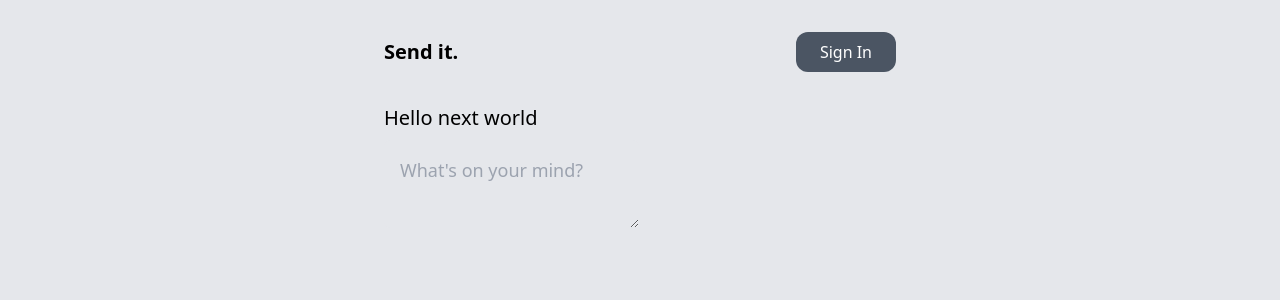
Repository: AMT98/SEND-IT
Page: /
These files come from the project's save history. The page is drawn as it stood at one moment and after the next save; the edit follows.
The browser window is 1280 px wide. The pictures show the whole page.
The page's requests for data from a server got no answer. The project was rebuilt for these pictures with package versions that can differ from the ones it lists, and the page was loaded fresh each time. The framework's server and built-in components were replaced by stand-ins that run in the browser. No one was signed in, and anything a server would have sent is missing. Also part of the build but not shown: next.config.js, app/auth/Logged.tsx.

Above is the page before, as saved 2023-02-14 17:00:02.

### app/layout.jsx
import Nav from "./auth/Nav";
import "./globals.css";
import { Roboto } from "@next/font/google";
const roboto = Roboto ({
  subsets: ["latin"],
  weight: ['400', "700"],
  variable: "--font-roboto"
})
export default function RootLayout({ children }) {
  return (
    <html lang="en">
      {/*
        <head /> will contain the components returned by the nearest parent
        head.tsx. Find out more at https://beta.nextjs.org/docs/api-reference/file-conventions/head
      */}
      <head />
      <body className={`mx-4 md:mx-48 xl:mx-96 ${roboto.variable} bg-gray-200`}>
        <Nav />
        {children}
      </body>
    </html>
  );
}

### app/page.tsx
"use client";
import AddPost from "./components/AddPost";

export default function Home() {
  return (
    <main>
      <h1 className="text-xl">Hello next world</h1>
      <AddPost />
    </main>
  );
}

### app/auth/Nav.tsx
import Link from "next/link";
import Login from "./Login";
import { getServerSession } from "next-auth/next";
import { authOptions } from "../../pages/api/auth/[...nextauth]";
import Logged from "./Logged";

const Nav = async () => {
  const session = await getServerSession(authOptions);

  return (
    <nav className="flex justify-between items-center py-8">
      <Link href={"/"}>
        <h1 className="font-bold text-xl">Send it.</h1>
      </Link>
      <ul className="flex items-center gap-6">
        {!session?.user && <Login />}
        {session?.user && <Logged image={session.user?.image || ""} />}
      </ul>
    </nav>
  );
};

export default Nav;

### app/globals.css
@tailwind base;
@tailwind components;
@tailwind utilities;

:root {
  --max-width: 1100px;
  --border-radius: 12px;
  --font-mono: ui-monospace, Menlo, Monaco, 'Cascadia Mono', 'Segoe UI Mono',
    'Roboto Mono', 'Oxygen Mono', 'Ubuntu Monospace', 'Source Code Pro',
    'Fira Mono', 'Droid Sans Mono', 'Courier New', monospace;

  --foreground-rgb: 0, 0, 0;
  --background-start-rgb: 214, 219, 220;
  --background-end-rgb: 255, 255, 255;

  --primary-glow: conic-gradient(
    from 180deg at 50% 50%,
    #16abff33 0deg,
    #0885ff33 55deg,
    #54d6ff33 120deg,
    #0071ff33 160deg,
    transparent 360deg
  );
  --secondary-glow: radial-gradient(
    rgba(255, 255, 255, 1),
    rgba(255, 255, 255, 0)
  );

  --tile-start-rgb: 239, 245, 249;
  --tile-end-rgb: 228, 232, 233;
  --tile-border: conic-gradient(
    #00000080,
    #00000040,
    #00000030,
    #00000020,
    #00000010,
    #00000010,
    #00000080
  );

  --callout-rgb: 238, 240, 241;
  --callout-border-rgb: 172, 175, 176;
  --card-rgb: 180, 185, 188;
  --card-border-rgb: 131, 134, 135;
}

@media (prefers-color-scheme: dark) {
  :root {
    --foreground-rgb: 255, 255, 255;
    --background-start-rgb: 0, 0, 0;
    --background-end-rgb: 0, 0, 0;

    --primary-glow: radial-gradient(rgba(1, 65, 255, 0.4), rgba(1, 65, 255, 0));
    --secondary-glow: linear-gradient(
      to bottom right,
      rgba(1, 65, 255, 0),
      rgba(1, 65, 255, 0),
      rgba(1, 65, 255, 0.3)
    );

    --tile-start-rgb: 2, 13, 46;
    --tile-end-rgb: 2, 5, 19;
    --tile-border: conic-gradient(
      #ffffff80,
      #ffffff40,
      #ffffff30,
      #ffffff20,
      #ffffff10,
      #ffffff10,
      #ffffff80
    );

    --callout-rgb: 20, 20, 20;
    --callout-border-rgb: 108, 108, 108;
    --card-rgb: 100, 100, 100;
    --card-border-rgb: 200, 200, 200;
  }
}

* {
  box-sizing: border-box;
  padding: 0;
  margin: 0;
}

html,
body {
  max-width: 100vw;
  overflow-x: hidden;
}

### app/components/AddPost.tsx
"use client";
import { useState } from "react";

export default function CreatePost() {
  const [title, setTitle] = useState("");
  return (
    <form>
      <div c>
        <textarea
          onChange={(e) => setTitle(e.target.value)}
          name="title"
          value={title}
          placeholder="What's on your mind?"
          className="p-4 text-lg rounded-md my-2 bg-gray-200"
        ></textarea>
      </div>
    </form>
  );
}

### app/auth/Login.tsx
"use client";
import { signIn } from "next-auth/react";

export default function Login() {
  return (
    <li className="list-none">
      <button onClick={() => signIn()} className="text-md bg-gray-600 text-white py-2 px-6 rounded-xl disabled:opacity-25">
        Sign In
      </button>
    </li>
  );
}

### pages/api/auth/[...nextauth].js
import NextAuth from "next-auth";
import GoogleProvider from "next-auth/providers/google";
import { PrismaAdapter } from "@next-auth/prisma-adapter";
import prisma from "../../../prisma/client";

export const authOptions = {
  adapter: PrismaAdapter(prisma),
  providers: [
    GoogleProvider({
      clientId: process.env.GOOGLE_CLIENT_ID,
      clientSecret: process.env.GOOGLE_CLIENT_SECRET,
    }),
  ],
};

export default NextAuth(authOptions);

### prisma/client.js
import {PrismaClient} from "@prisma/client"
const client = globalThis.prisma || new PrismaClient()
if (process.env.NODE_ENV !== "production") globalThis.prisma = client

export default client

Loaded but not shown: tailwind.config.js (common file)

After the next save:
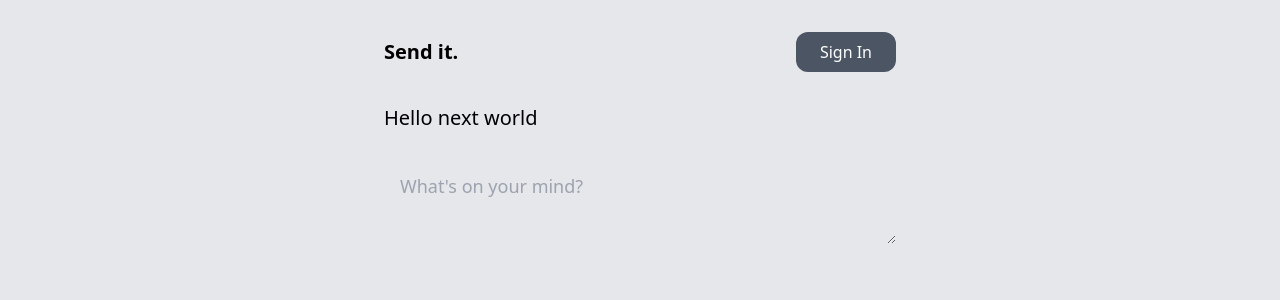
Saved 6 s later.
--- a/app/components/AddPost.tsx
+++ b/app/components/AddPost.tsx
@@ -5,7 +5,7 @@ export default function CreatePost() {
   const [title, setTitle] = useState("");
   return (
     <form>
-      <div c>
+      <div className="flex flex-col my-4">
         <textarea
           onChange={(e) => setTitle(e.target.value)}
           name="title"
